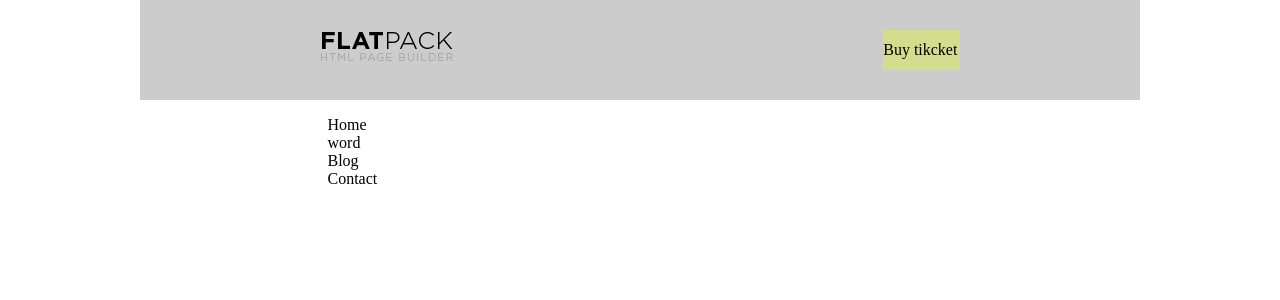
Repository: duyancol/project-ltw-nhom13
Page: page b/index.html
An editor plug-in stored every save of this project. The page is shown before and after the next save, followed by the edit.
The browser window is 1280 px wide. The pictures show the whole page.
Some web fonts or font styles are not loaded; a fallback is used.

Above is the page before, as saved 2021-10-18 08:52:39.

After the next save:
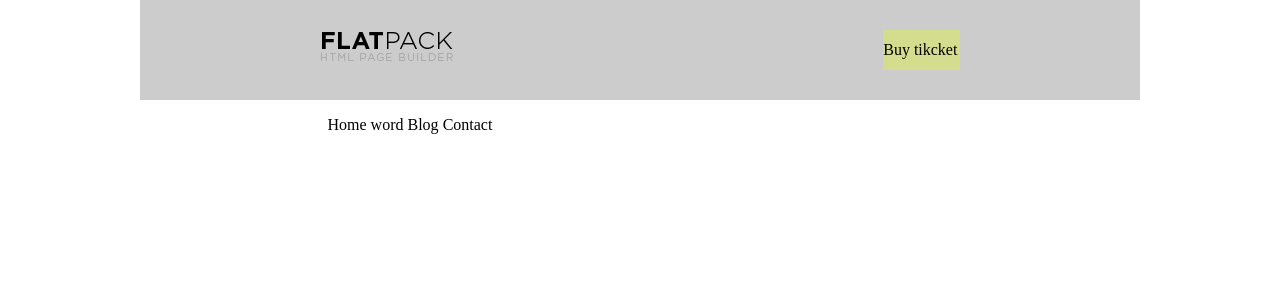
Saved 22 s later.
--- a/page b/style.css
+++ b/page b/style.css
@@ -7,6 +7,9 @@
 
   ol, ul {
     list-style: none;
+  }
+  li{
+    display: inline-block;
   }
   .main{
     width: 800px;
